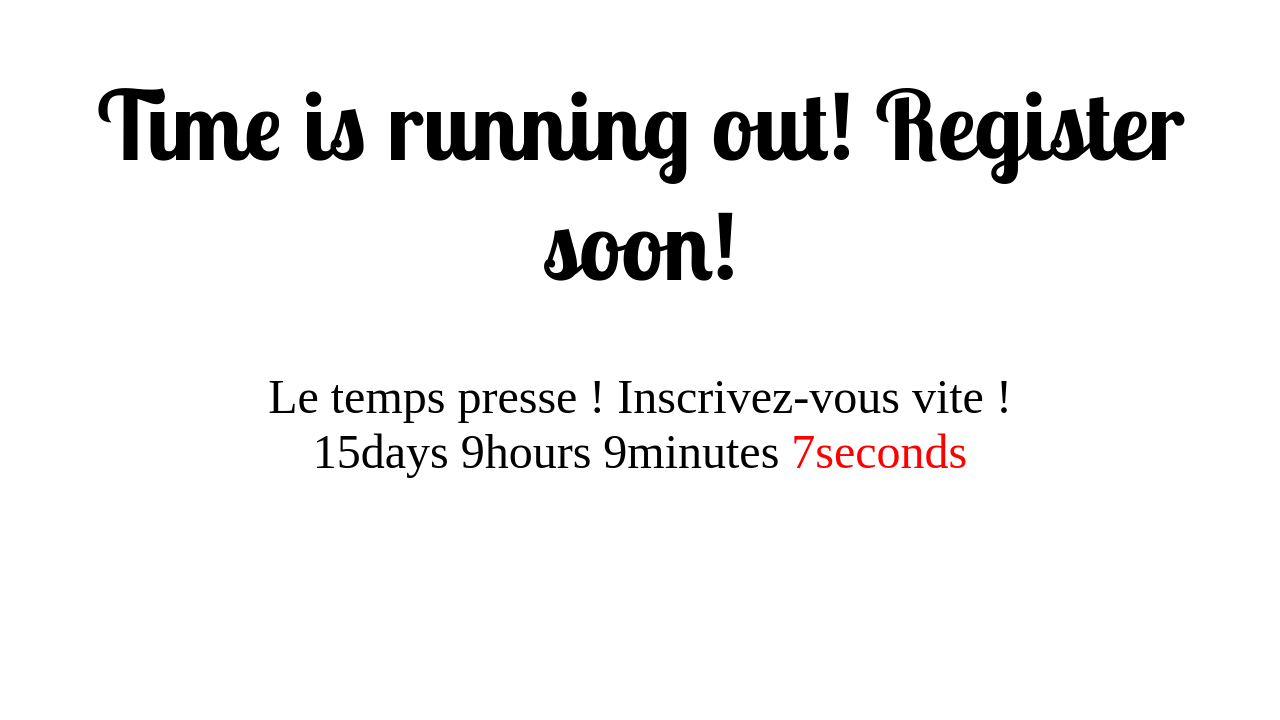
Repository: sinarinzifabrice/Events
Page: index.html
An editor plug-in stored every save of this project. The page is shown before and after a run of saves, followed by the edit.
The browser window is 1280 px wide. The pictures show the whole page.

Above is the page before, as saved 2024-05-16 18:52:48.

### index.html
<!DOCTYPE html>
<html lang="en">
<head>
  <meta charset="UTF-8">
  <meta name="viewport" content="width=device-width, initial-scale=1.0">
  <link rel="preconnect" href="https://fonts.googleapis.com">
<link rel="preconnect" href="https://fonts.gstatic.com" crossorigin>
<link href="https://fonts.googleapis.com/css2?family=Lobster+Two:ital,wght@0,700;1,700&family=Poppins:wght@300;400;600;700&display=swap" rel="stylesheet">
  <title>Countdown Timer</title>
  <style>
   h1{
      font-family: "Lobster Two", sans-serif;
      font-weight: 400;
      font-style: normal;
   }
    .countdown {
      font-size: 3em;
      text-align: center;
    }
    .red {
      color: red;
    }
  </style>
</head>
<body>

   <div class="countdown"><h1>Time is running out! Register soon!

      <h1></h1>Le temps presse ! Inscrivez-vous vite !</h1></div>
   <div id="countdown" class="countdown"></div>



<script>
  // Set the date we're counting down to
  var countDownDate = new Date("May 29, 2024 19:00:00").getTime();

  // Update the countdown every 1 second
  var x = setInterval(function() {

    // Get the current date and time
    var now = new Date().getTime();

    // Calculate the remaining time
    var distance = countDownDate - now;

    // Calculate days, hours, minutes and seconds
    var days = Math.floor(distance / (1000 * 60 * 60 * 24));
    var hours = Math.floor((distance % (1000 * 60 * 60 * 24)) / (1000 * 60 * 60));
    var minutes = Math.floor((distance % (1000 * 60 * 60)) / (1000 * 60));
    var seconds = Math.floor((distance % (1000 * 60)) / 1000);

    // Display the countdown
    document.getElementById("countdown").innerHTML = days + "days " + hours + "hours "
    + minutes + "minutes <span class='red'>" + seconds + "seconds</span>";

    // If the countdown is over, display a message
    if (distance < 0) {
      clearInterval(x);
      document.getElementById("countdown").innerHTML = "EXPIRED";
    }
  }, 1000);
</script>

</body>
</html>

After the next 2 saves:
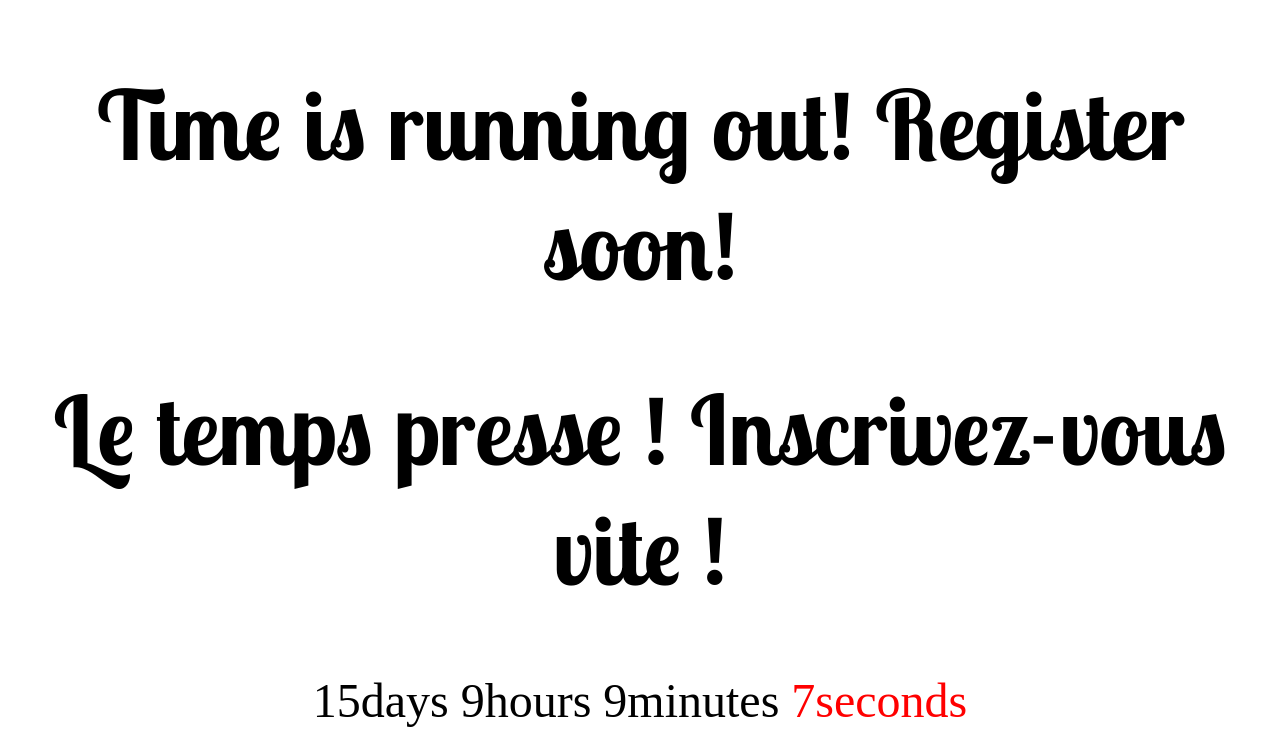
The 2 saves are shown as one change because they came seconds apart.
The last was saved 8 s later.
--- a/index.html
+++ b/index.html
@@ -26,7 +26,7 @@
 
    <div class="countdown"><h1>Time is running out! Register soon!
 
-      <h1></h1>Le temps presse ! Inscrivez-vous vite !</h1></div>
+      <h1>Le temps presse ! Inscrivez-vous vite !</h1></h1></div>
    <div id="countdown" class="countdown"></div>
 
 
